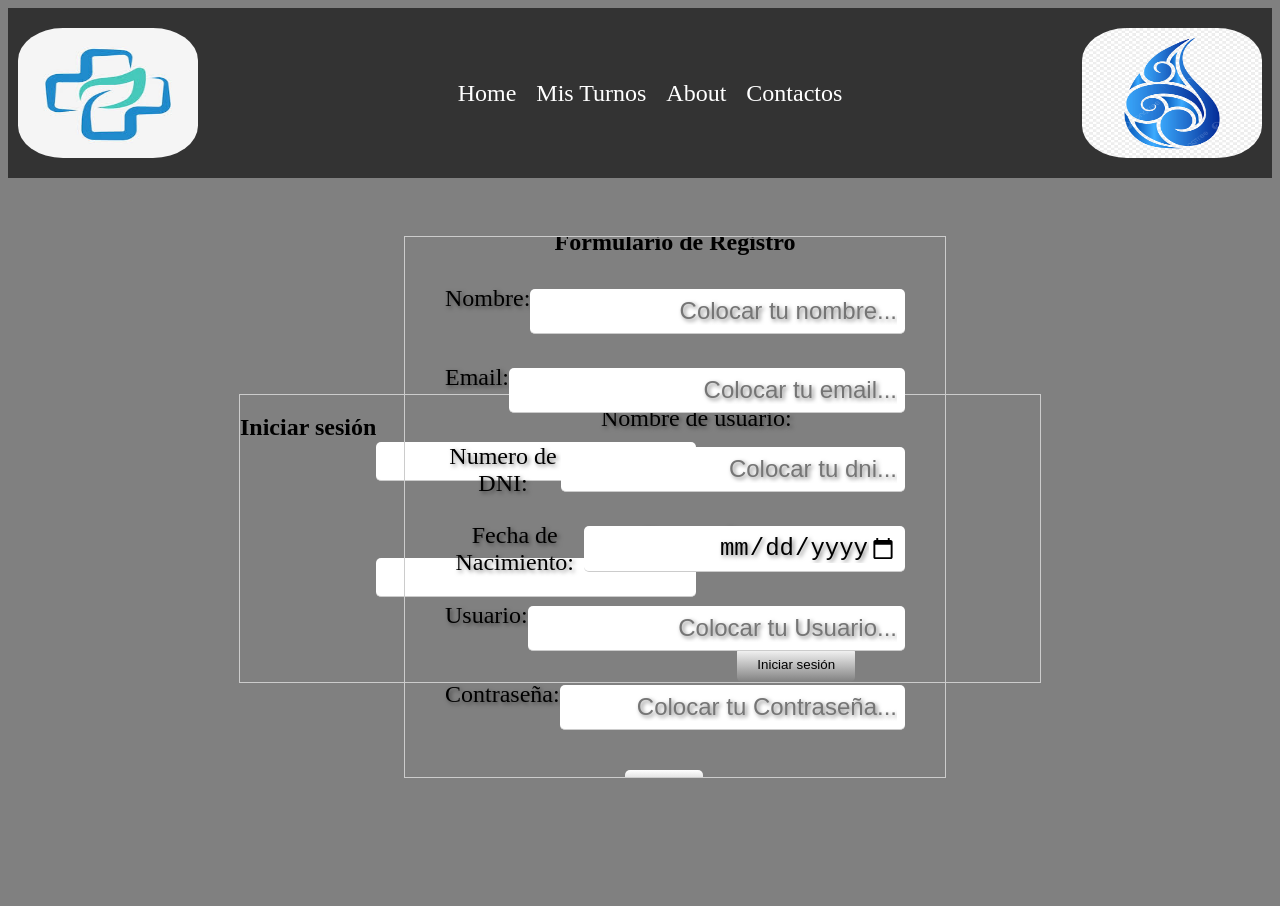
Repository: mauro8778/TurnoClinica
Page: / (app in front/vite-project/)
An editor plug-in stored every save of this project. The page is shown before and after the next save, followed by the edit.
The browser window is 1280 px wide. The pictures show the whole page.
The project was rebuilt for these pictures with package versions that can differ from the ones it lists, and the page was loaded fresh each time. Also part of the build but not shown: front/vite-project/vite.config.js.

Above is the page before, as saved 2024-04-14 14:12:16.

### front/vite-project/src/App.jsx

import "./index.css"
import NavBar from "./components/NavBar/NavBar.jsx";
import Login from "./views/Login/Login"
import Register from "./views/Register/Register.jsx";


function App() {


  return (
    <>
    <NavBar/>
  <Login/>
  <Register/>
    </>


  )
}

export default App

### front/vite-project/src/index.css
body{

  background-color: grey;
}

### front/vite-project/src/components/NavBar/NavBar.jsx

import  "./NavBar.css";
import hospital from "../../assets/hospital.jpg"
import logo from "../../assets/logo.jpg"


const NavBar=()=>{

    return(
    <>

    <div className="navbar">
      <img src={hospital} alt="Imagen 1" className="left-image" />
      <ul className="nav-list">
        <li>Home</li>
        <li>Mis Turnos </li>
        <li>About</li>
        <li>Contactos </li>
      </ul>
      <img src={logo} alt="Imagen 2" className="right-image" />
    </div>


    </>
    )
}
export default NavBar;

### front/vite-project/src/views/Login/Login.jsx
import { useState } from "react";
import axios from "axios"
import "./login.css";

const LoginForm = () => {
  const [credentials, setCredentials] = useState({
    username: "",
    password: ""
  });

  const [error, setError] = useState("");

  const handleInputChange = (event) => {
    const { name, value } = event.target;
    setCredentials({
      ...credentials,
      [name]: value
    });
  };

  const handleFormSubmit = async (event) => {
    event.preventDefault();
    if (!credentials.username && !credentials.password) {
        setError("Faltan rellenar los campos de usuario y contraseña");
        return;
      }
      if (!credentials.username) {
        setError("Falta colocar el nombre de usuario");
        return;
      }
      if (!credentials.password) {
        setError("Falta colocar la contraseña");
        return;
      }
    try {
        const response = await axios.post("http://localhost:3000/users/loguin", credentials);
        if (response.status === 200) {
          alert("Inicio de sesión exitoso");
        } else {
          setError("Credenciales inválidas");
        }
    } catch (error) {
        if (error.response && error.response.status === 400) {
          setError("Usuario inexistente");
        } else if (error.response && error.response.status === 401) {
          setError("Contraseña incorrecta");
        } else {
          setError ("Error al iniciar sesión. Por favor, inténtalo de nuevo más tarde");
        }
    }
};
  return (
    <div className="card-container">
    <div className="card">
      <h2>Iniciar sesión</h2>
      <form onSubmit={handleFormSubmit} className="form-container">
        <div className="input-container">
          <label htmlFor="username">Nombre de usuario:</label>
          <input
            type="text"
            id="username"
            name="username"
            value={credentials.username}
            onChange={handleInputChange}
          />
        </div>
        <div className="input-container">
          <label htmlFor="password">Contraseña:</label>
          <input
            type="password"
            id="password"
            name="password"
            value={credentials.password}
            onChange={handleInputChange}
          />
        </div>
        {error && <p className="error">{error}</p>}
        <button type="submit">Iniciar sesión</button>
      </form>
    </div>
  </div>
);
};

export default LoginForm;

### front/vite-project/src/views/Register/Register.jsx

import { useState, useEffect } from "react";
import "../Register/Register.css";
import { Validate } from "../../helper/validate";
import axios from "axios";

const Register = () => {
  const [userData, setUserData] = useState({
    name: "",
    email: "",
    nDni: "",
    birthdate: "",
    username: "",
    password: ""
  });

  const [errors, setErrors] = useState({
    name: "",
    email: "",
    nDni: "",
    birthdate: "",
    username: "",
    password: ""
  });

  const [formSubmitted, setFormSubmitted] = useState(false);

  const handleInputChange = (event) => {
    const { name, value } = event.target;
    setUserData({
      ...userData,
      [name]: value
    });
  };

  const handleFormSubmit = (event) => {
    event.preventDefault();
    setFormSubmitted(true);
  };

  useEffect(() => {
    if (formSubmitted) {
      const currentErrors = Validate(userData);
      setErrors(currentErrors);

      const noErrors = Object.values(currentErrors).every(
        (error) => error === ""
      );

      if (noErrors) {
        axios
          .post("http://localhost:3000/users/register", userData)
          .then(() => {
            alert("Usuario creado con éxito");
            setFormSubmitted(false);
            setUserData({
              name: "",
              email: "",
              nDni: "",
              birthdate: "",
              username: "",
              password: ""
            });
            setErrors({
              name: "",
              email: "",
              nDni: "",
              birthdate: "",
              username: "",
              password: ""
            });
          })
          .catch((error) => {
            console.error("Error al enviar los datos:", error);
          });
      }
    }
  }, [formSubmitted, userData]);

  return (
    <>
      <div className="tarjeta">
        <div className="contenido">
          <h2>Formulario de Registro</h2>
          <form onSubmit={handleFormSubmit}>
            <label htmlFor="name">
              Nombre:
              <input
                type="text"
                value={userData.name}
                name="name"
                placeholder="Colocar tu nombre..."
                onChange={handleInputChange}
              />
            </label>
            {formSubmitted && <p className="error">{errors.name}</p>}

            <label htmlFor="email">
              Email:
              <input
                type="text"
                value={userData.email}
                name="email"
                placeholder="Colocar tu email..."
                onChange={handleInputChange}
              />
            </label>
            {formSubmitted && <p className="error">{errors.email}</p>}

            <label htmlFor="nDni">
              Numero de DNI:
              <input
                type="text"
                value={userData.nDni}
                name="nDni"
                placeholder="Colocar tu dni..."
                onChange={handleInputChange}
              />
            </label>
            {formSubmitted && <p className="error">{errors.nDni}</p>}

            <label htmlFor="birthdate">
              Fecha de Nacimiento:
              <input
                type="date"
                value={userData.birthdate}
                name="birthdate"
                placeholder="Colocar tu Fecha de Nacimiento..."
                onChange={handleInputChange}
              />
            </label>
            {formSubmitted && <p className="error">{errors.birthdate}</p>}

            <label htmlFor="username">
              Usuario:
              <input
                type="text"
                value={userData.username}
                name="username"
                placeholder="Colocar tu Usuario..."
                onChange={handleInputChange}
              />
            </label>
            {formSubmitted && <p className="error">{errors.username}</p>}

            <label htmlFor="password">
              Contraseña:
              <input
                type="password"
                value={userData.password}
                name="password"
                placeholder="Colocar tu Contraseña..."
                onChange={handleInputChange}
              />
            </label>
            {formSubmitted && <p className="error">{errors.password}</p>}

            <button type="submit">Enviar</button>
          </form>
        </div>
      </div>
    </>
  );
};

export default Register;

### front/vite-project/src/components/NavBar/NavBar.css
.navbar {
  display: flex;
  justify-content: space-between;
  align-items: center;
  background-color: #333;
  padding: 10px;
  height: 150px;
}

.nav-list {
  list-style: none;
  display: flex;
  margin: 0;
  padding: 0;
}

.nav-list li {
  margin-left: 20px;
  color: white;
  font-size: 1.5rem;
}

.left-image,
.right-image {
  width: 180px;
  height: 130px;
  border-radius: 25%;
}

### front/vite-project/src/views/Login/login.css
.card-container {
  display: flex;
  justify-content: center;
  align-items: center;
  height: 100vh;
}
.centered{
  text-align: center;
  font-size: 3rem;
  color: black;
  padding: 10px 20px;
  text-shadow: 2px 2px 4px rgba(0, 0, 0, 0.5);
}
label{
  text-align: center;
  font-size: 1.5rem;
  color: black;
  padding: 10px 20px;
  border-radius: 5px;
  text-shadow: 2px 2px 4px rgba(0, 0, 0, 0.5);
  display: flex;
  justify-content: center;

}
input{
  text-align: right;
  font-size: 1.5rem;
  color: black;
  padding: 10px 20px;
  border-radius: 5px;
  text-shadow: 2px 2px 4px rgba(0, 0, 0, 0.5);
}

.card {
  display: flex;
  border: 1px solid #ccc;
  width: 80%;
  max-width: 800px;
}

.left-column,
.right-column {
  flex: 1;
  padding: 20px;
  background: linear-gradient(white,grey) ;
  display: flex;
  justify-content: center;
  align-items: center;
}

.left-column {
  border-right: 1px solid #ccc;
  background: linear-gradient(white,grey);
  display: flex;
  justify-content: center;
  align-items: center;
}

.right-column {
  display: flex;
  flex-direction: column;
  align-items: center;
  padding: 20px; }

.right-column h2 {
  margin-bottom: 20px;
}

.form-container {
  width: 80%;
  text-align: center;
}

.input-container {
  width: 100%;
  margin-bottom: 20px;
  text-align: left;
}

.error {
  color: red;
  text-align: center;
}

.button-container {
  margin: 0 5px;
}


.botones{
  display: flex;
  justify-content: space-between;
  align-items: center;
}
button {
  padding: 10px 20px;
  background: linear-gradient(white, grey);
  transition: background-color 0.3s ease;
  text-decoration: none;
  color: #333;
  border-radius: 5px;
}
button:hover {
  background-color: rgba(0, 0, 0, 0.1);
}
.Links {
  padding: 10px 20px;
  background: linear-gradient(white, grey);
  transition: background-color 0.3s ease;
  text-decoration: none;
  color: #333;
  border-radius: 5px;
}
.Links:hover {
  background-color: rgba(0, 0, 0, 0.1);
}

### front/vite-project/src/views/Register/Register.css
.tarjeta {
    display: flex;
    flex-direction: column;
    justify-content: center;
    align-items: center;
    width: 500px;
    height: 500px;
    margin: 20px;
    padding: 20px;
    position: relative;
    overflow: hidden;
    border: 1px solid #ccc;
    background-color: transparent;
    transition: all 0.3s ease;
    position: fixed; /* Utiliza una posición fija para que se centre en la pantalla */
  top: 30%; /* Posición vertical centrada */
  left: 30%;
  }

  .tarjeta:hover {
    transform: scale(1.05);
    box-shadow: 0 0 10px rgba(0, 0, 0, 0.2);
  }

  .contenido {
    display: flex;
    flex-direction: column;
    align-items: center;
  }

  .contenido h2 {
    color: black;
  }

  button {
    margin-top: 20px;
    padding: 10px 20px;
    background-color: transparent;
    border: none;
    color: black;
    cursor: pointer;
    margin-left: 200px;
  }

  button:hover {
    background-color: #ccc;
  }

  input {
    margin-bottom: 10px;
    padding: 5px;
    border: none;
    border-bottom: 1px solid #ccc;
    outline: none;
  }
  input:focus {
    border-bottom-color: black;
  }
  .error{
color: red;

  }
  .contenido label input {
    width: 100%;
    padding: 8px;
    margin-top: 4px;
  }

### front/vite-project/src/helper/validate.js
export const Validate = (input) => {
    const errors = {};

    const nameRegex = /^[A-Za-z]{1,20}$/;
    if (!nameRegex.test(input.name)) {
        errors.name = "El nombre debe contener solo letras y tener máximo 20 caracteres";
    }

    const emailRegex = /^[^\s@]+@[^\s@]+\.[^\s@]+$/;
    if (!emailRegex.test(input.email)) {
        errors.email = "El email no es válido";
    }

    const nDniRegex = /^\d{1,8}$/;
    if (!nDniRegex.test(input.nDni)) {
        errors.nDni = "El número de DNI debe contener solo números y tener máximo 8 dígitos";
    }

    const birthdateRegex = /^(19|20)\d\d-(0[1-9]|1[0-2])-(0[1-9]|[12][0-9]|3[01])$/;
    if (!birthdateRegex.test(input.birthdate)) {
        errors.birthdate = "La fecha de nacimiento no es válida";
    }

    const usernameRegex = /^[A-Za-z0-9_]{3,20}$/;
    if (!usernameRegex.test(input.username)) {
        errors.username = "El nombre de usuario debe contener solo letras, números y guiones bajos, y tener entre 3 y 20 caracteres";
    }

    const passwordRegex = /^.{8,}$/;
    if (!passwordRegex.test(input.password)) {
        errors.password = "La contraseña debe tener al menos 8 caracteres";
    }

    return errors;
};

Loaded but not shown: front/vite-project/index.html (common file); front/vite-project/src/main.jsx (common file)

After the next save:
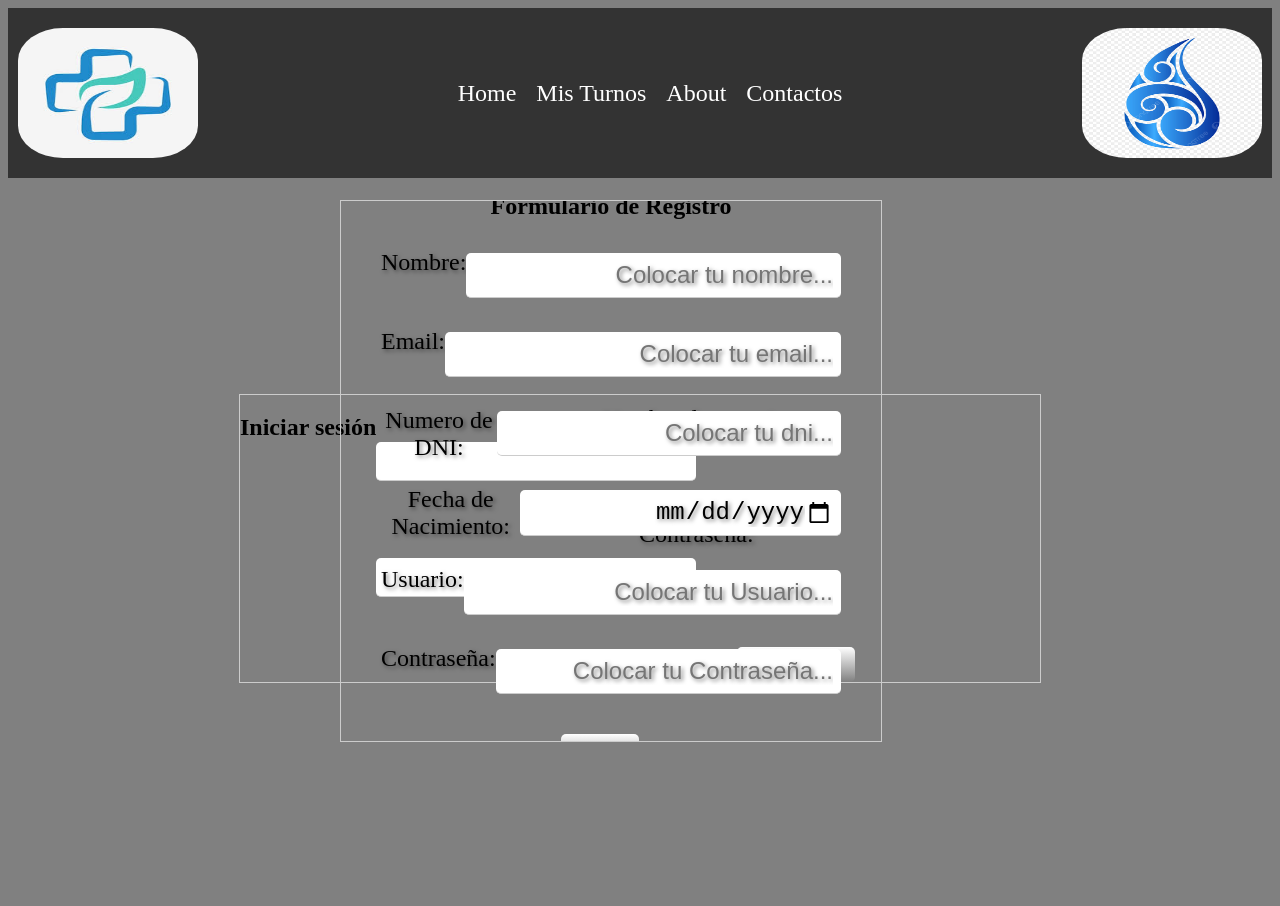
Saved 9 s later.
--- a/front/vite-project/src/views/Register/Register.css
+++ b/front/vite-project/src/views/Register/Register.css
@@ -13,8 +13,8 @@
     background-color: transparent;
     transition: all 0.3s ease;
     position: fixed; /* Utiliza una posición fija para que se centre en la pantalla */
-  top: 30%; /* Posición vertical centrada */
-  left: 30%;
+  top: 25%; /* Posición vertical centrada */
+  left: 25%;
   }
 
   .tarjeta:hover {
